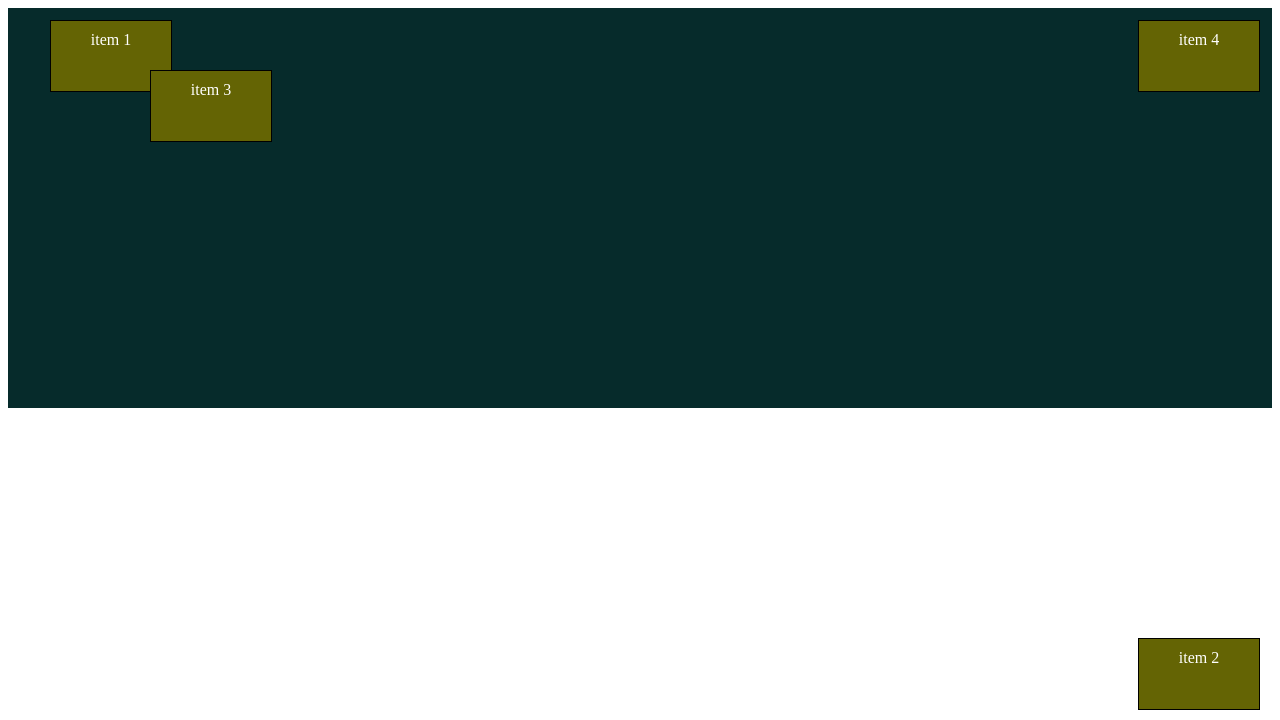
Repository: nmaury/TpsCambodge
Page: InternetProgramming/Css/sample.html
These files come from the project's save history. The page is drawn as it stood at one moment and after the next save; the edit follows.
The browser window is 1280 px wide. The pictures show the whole page.

Above is the page before, as saved 2022-12-06 02:21:05.

After the next save:
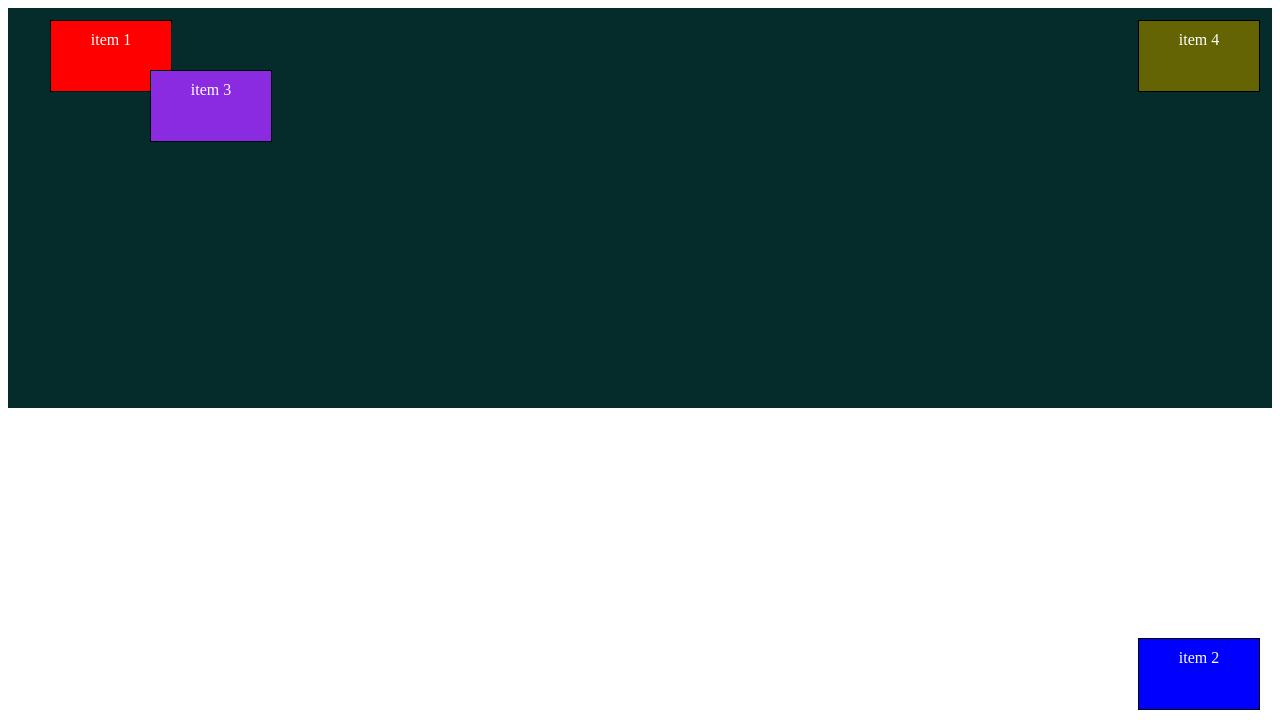
Saved 41 s later.
--- a/InternetProgramming/Css/sample.css
+++ b/InternetProgramming/Css/sample.css
@@ -9,14 +9,17 @@
     border: 1px solid black;
 }
 .item1{
+    background-color: red;
     left: 50px;
     top: 20px;
 }
 .item2{
+    background-color: blue;
     right: 20px;
     bottom: 10px;
 }
 .item3{
+    background-color: blueviolet;
     left: 150px;
     top: 70px;
 }
